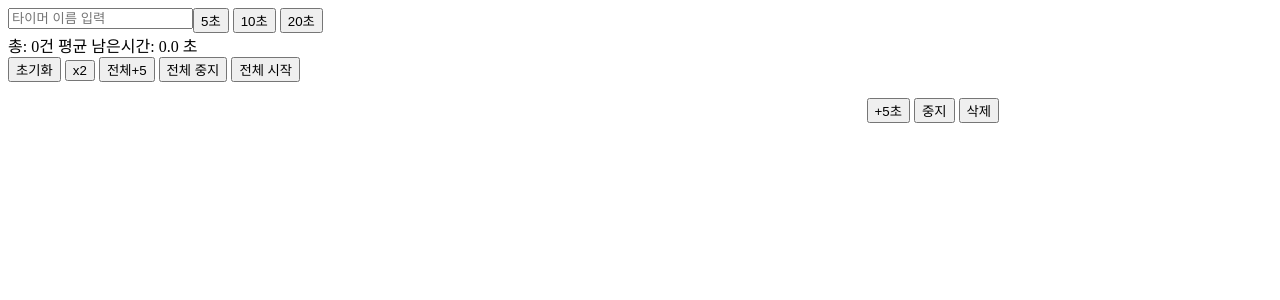
Repository: IT-magician/JS-Practice-Mission2
Page: index.html
The author's editor kept a copy of each file at every save. The page is drawn from the files as they stood at one save, then again after the next save.
The browser window is 1280 px wide. The pictures show the whole page.

Above is the page before, as saved 2023-11-15 20:28:53.

After the next save:
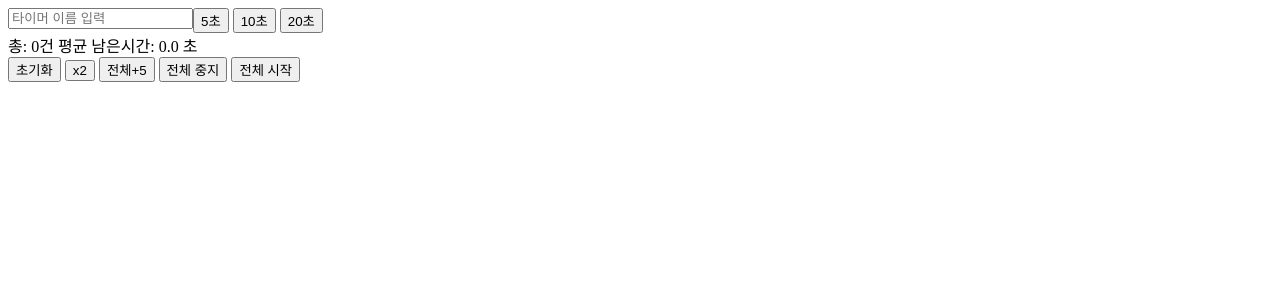
Saved 4 min 38 s later.
--- a/js/main.js
+++ b/js/main.js
@@ -1,10 +1,13 @@
 import { TimerManager } from "./TimerManager.js";
 
+const displayElement = document.querySelector(".display");
 function viewRender(timerInfoList) {
   if (isRenderStop) return;
 
+  let displayData = "";
+
   for (let timerInfo of timerInfoList) {
-    const tr = `
+    displayData += `
     <li class="item" --data-uuid="${timerInfo.uuid}">
         <div class="name">${timerInfo.name}</div>
         <div class="left-time">${timerInfo.value}</div>
@@ -16,6 +19,8 @@ function viewRender(timerInfoList) {
     </li>
     `;
   }
+
+  displayElement.innerHTML = displayData;
 }
 
 let timerManager = new TimerManager(viewRender);
